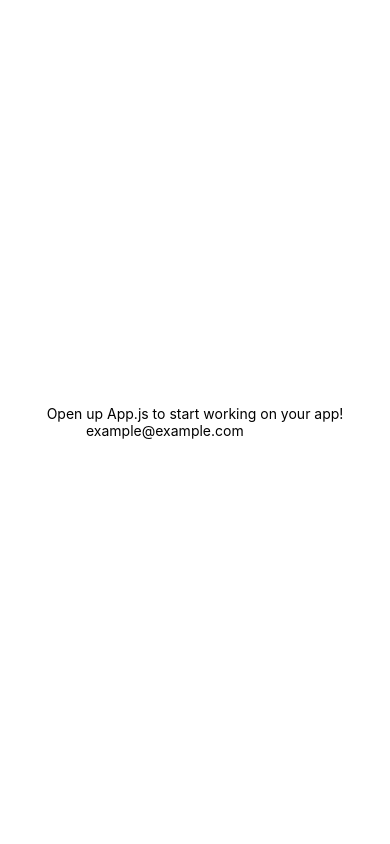
Repository: grownet-App/grownetAll
Screen: / (app in grownet-app/)
An editor plug-in stored every save of this project. The screen is shown before and after the next save, followed by the edit.
The app was drawn by React Native's web renderer in a window 390 px wide. The project was rebuilt for these pictures with package versions that can differ from the ones it lists, and the page was loaded fresh each time.

Above is the screen before, as saved 2023-07-05 16:30:50.

After the next save:
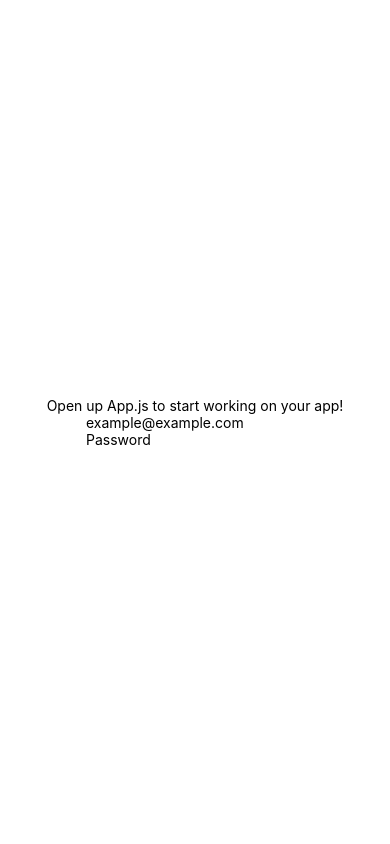
Saved 3 min 49 s later.
--- a/grownet-app/App.js
+++ b/grownet-app/App.js
@@ -7,6 +7,9 @@
       <Text>Open up App.js to start working on your app!</Text>
       <TextInput
       placeholder='example@example.com'
+      />
+      <TextInput
+      placeholder='Password'
       />
       <StatusBar style="auto" />
     </View>
